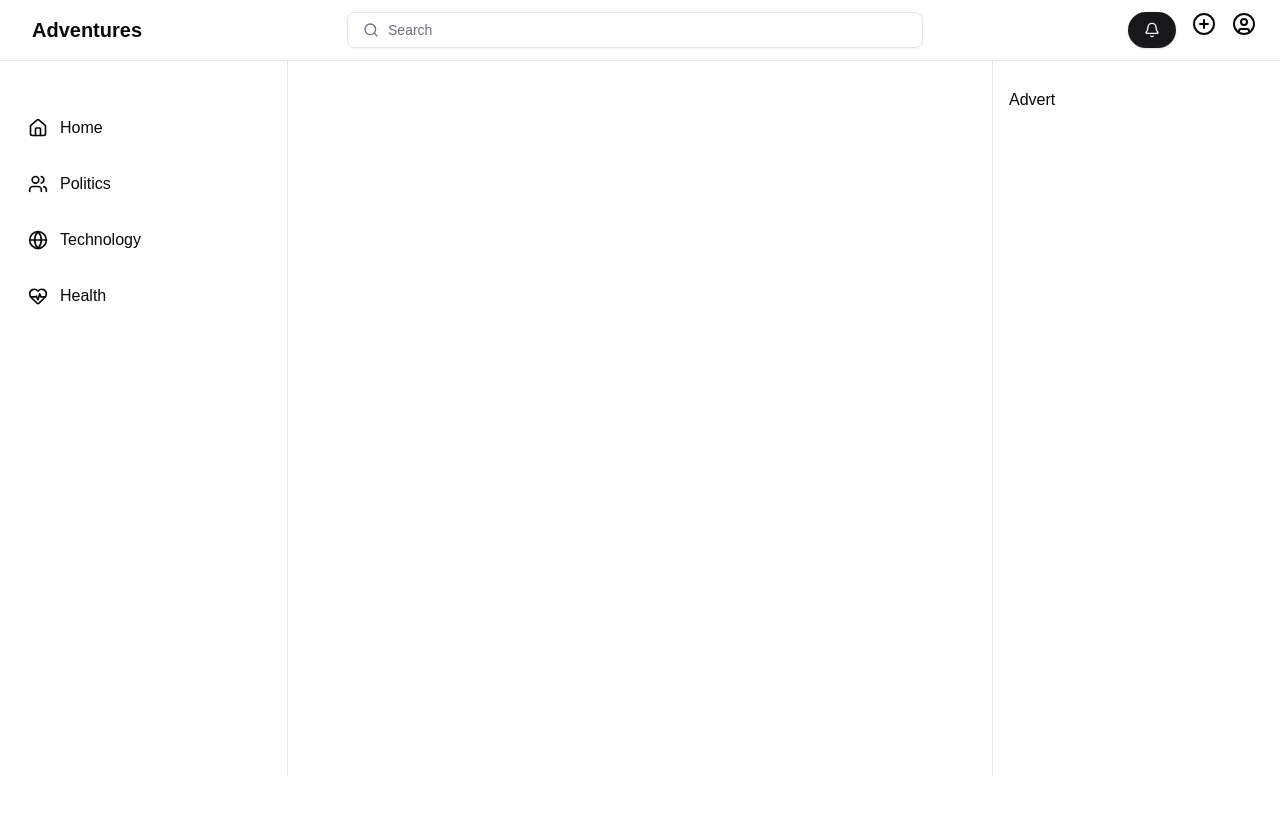
Repository: IssaMuiz/afrixpace-frontend
Page: /
The author's editor kept a copy of each file at every save. The page is drawn from the files as they stood at one save, then again after the next save.
The browser window is 1280 px wide. The pictures show the whole page.
The page's requests for data from a server got no answer. The project was rebuilt for these pictures with package versions that can differ from the ones it lists, and the page was loaded fresh each time. The framework's server and built-in components were replaced by stand-ins that run in the browser. No one was signed in, and anything a server would have sent is missing. Also part of the build but not shown: next.config.ts, components/ui/card.tsx, components/Vote.tsx, components/PostCard.tsx.

Above is the page before, as saved 2025-02-05 04:32:56.

### app/layout.tsx
import type { Metadata } from "next";
import { Geist, Geist_Mono } from "next/font/google";
import "./globals.css";
import Navbar from "@/components/Navbar";
import Sidebar from "@/components/Sidebar";
import AdvertBar from "@/components/Advertbar";

const geistSans = Geist({
  variable: "--font-geist-sans",
  subsets: ["latin"],
});

const geistMono = Geist_Mono({
  variable: "--font-geist-mono",
  subsets: ["latin"],
});

export const metadata: Metadata = {
  title: "Adventurer app",
  description: "Share your adventure experience here",
};

export default function RootLayout({
  children,
}: Readonly<{
  children: React.ReactNode;
}>) {
  return (
    <html lang="en">
      <body
        className={`${geistSans.variable} ${geistMono.variable} min-h-screen antialiased`}
      >
        <Navbar />
        <div className="grid grid-rows-1 lg:grid-rows-[1fr_250px] xl:grid-rows-[250px_1fr_300px] gap-6 h-screen p-4">
          <Sidebar />

          <main className=" lg:mr-[290px]  xl:mx-[300px]">{children}</main>
          <AdvertBar />
        </div>
      </body>
    </html>
  );
}

### app/page.tsx
import Feed from "@/components/Feed";

const HomePage = () => {
  return (
    <div className="h-screen ">
      <Feed />
    </div>
  );
};

export default HomePage;

### components/Navbar.tsx
"use client";
import { Button } from "./ui/button";
import { Input } from "./ui/input";
import { Search } from "lucide-react";
import { Menu } from "lucide-react";
import { BellIcon } from "lucide-react";
import { UserCircle } from "lucide-react";
import { PlusCircle } from "lucide-react";

const Navbar = () => {
  return (
    <nav className="border-b bg-white z-20 fixed left-0 right-0 top-0 border-gray-200 px-6 py-3 flex justify-between items-center">
      <div className="flex space-x-2 items-center">
        <Menu className="xl:hidden block" />
        <h1 className="lg:hidden block text-xl font-semibold">A</h1>
        <h1 className="text-xl font-semibold hidden lg:flex">Adventures</h1>
      </div>
      <div className="relative max-w-xl flex-1 mx-6">
        <Search className=" h-4 absolute left-3 top-1/2 transform -translate-y-1/2 text-gray-500" />
        <Input
          type="text"
          placeholder="Search"
          className="pl-10 w-full border rounded-lg"
        />
      </div>

      <div className=" flex space-x-4">
        <Button className="dark:hover:bg-gray-800 rounded-full cursor-pointer ">
          {" "}
          <BellIcon />
        </Button>

        <PlusCircle />
        <UserCircle />

        {/* <Button variant="outline" className="hover:bg-gray-100">
          Login
        </Button>
        <Button className="hover:bg-white hover:text-black ">Sign up</Button> */}
      </div>
    </nav>
  );
};

export default Navbar;

### components/Sidebar.tsx
"use client";

import Link from "next/link";
import { usePathname } from "next/navigation";
import { categories } from "@/constant";
import { cn } from "@/lib/utils";

const Sidebar = () => {
  const pathname = usePathname();
  return (
    <aside className="fixed hidden xl:block top-14 left-0 bottom-0 w-72 border-r border-gray-200 h-screen dark:bg-gray-900 px-4 pt-12">
      <ul className="space-y-2">
        {categories.map((cat) => (
          <li key={cat.name}>
            <Link
              href={`/${cat.path}`}
              className={cn(
                "flex items-center gap-3 p-3 rounded-md hover:bg-gray-200 dark:hover:bg-gray-800 transition",
                pathname === `/${cat.path}` &&
                  "bg-gray-300 dark:bg-gray-700 font-semibold"
              )}
            >
              <cat.icon className="w-5 h-5" />
              <span>{cat.name}</span>
            </Link>
          </li>
        ))}
      </ul>
    </aside>
  );
};

export default Sidebar;

### components/Advertbar.tsx
const AdvertBar = () => {
  return (
    <aside className="hidden lg:block fixed right-0 top-14 bottom-0 w-72 border-l border-gray-200 h-full bg-white pt-8 px-4">
      Advert
    </aside>
  );
};

export default AdvertBar;

### components/Feed.tsx
"use client";

import { useEffect, useState } from "react";
import PostCard from "./PostCard";

interface Post {
  id: string;
  title: string;
  content: string;
  votes: number;
  mediaUrl?: string;
  mediaType: "image" | "video";
}

const Feed = () => {
  const [posts, setPosts] = useState<Post[]>([]);

  useEffect(() => {
    async function fetchPost() {
      const res = await fetch("/api/posts");
      const data = await res.json();
      setPosts(data);
    }
    fetchPost();
  }, []);
  return (
    <section className="space-y-6 mt-20">
      {posts.map((post) => (
        <PostCard key={post.id} post={post} />
      ))}
    </section>
  );
};

export default Feed;

### components/ui/button.tsx
import * as React from "react"
import { Slot } from "@radix-ui/react-slot"
import { cva, type VariantProps } from "class-variance-authority"

import { cn } from "@/lib/utils"

const buttonVariants = cva(
  "inline-flex items-center justify-center gap-2 whitespace-nowrap rounded-md text-sm font-medium transition-colors focus-visible:outline-none focus-visible:ring-1 focus-visible:ring-ring disabled:pointer-events-none disabled:opacity-50 [&_svg]:pointer-events-none [&_svg]:size-4 [&_svg]:shrink-0",
  {
    variants: {
      variant: {
        default:
          "bg-primary text-primary-foreground shadow hover:bg-primary/90",
        destructive:
          "bg-destructive text-destructive-foreground shadow-sm hover:bg-destructive/90",
        outline:
          "border border-input bg-background shadow-sm hover:bg-accent hover:text-accent-foreground",
        secondary:
          "bg-secondary text-secondary-foreground shadow-sm hover:bg-secondary/80",
        ghost: "hover:bg-accent hover:text-accent-foreground",
        link: "text-primary underline-offset-4 hover:underline",
      },
      size: {
        default: "h-9 px-4 py-2",
        sm: "h-8 rounded-md px-3 text-xs",
        lg: "h-10 rounded-md px-8",
        icon: "h-9 w-9",
      },
    },
    defaultVariants: {
      variant: "default",
      size: "default",
    },
  }
)

export interface ButtonProps
  extends React.ButtonHTMLAttributes<HTMLButtonElement>,
    VariantProps<typeof buttonVariants> {
  asChild?: boolean
}

const Button = React.forwardRef<HTMLButtonElement, ButtonProps>(
  ({ className, variant, size, asChild = false, ...props }, ref) => {
    const Comp = asChild ? Slot : "button"
    return (
      <Comp
        className={cn(buttonVariants({ variant, size, className }))}
        ref={ref}
        {...props}
      />
    )
  }
)
Button.displayName = "Button"

export { Button, buttonVariants }

### components/ui/input.tsx
import * as React from "react"

import { cn } from "@/lib/utils"

const Input = React.forwardRef<HTMLInputElement, React.ComponentProps<"input">>(
  ({ className, type, ...props }, ref) => {
    return (
      <input
        type={type}
        className={cn(
          "flex h-9 w-full rounded-md border border-input bg-transparent px-3 py-1 text-base shadow-sm transition-colors file:border-0 file:bg-transparent file:text-sm file:font-medium file:text-foreground placeholder:text-muted-foreground focus-visible:outline-none focus-visible:ring-1 focus-visible:ring-ring disabled:cursor-not-allowed disabled:opacity-50 md:text-sm",
          className
        )}
        ref={ref}
        {...props}
      />
    )
  }
)
Input.displayName = "Input"

export { Input }

### constant.ts
import { Home, Users, Globe, HeartPulseIcon } from "lucide-react";

export const categories = [
  {
    name: "Home",
    icon: Home,
    path: "/",
  },
  {
    name: "Politics",
    icon: Users,
    path: "explore/politics",
  },
  {
    name: "Technology",
    icon: Globe,
    path: "explore/technology",
  },
  {
    name: "Health",
    icon: HeartPulseIcon,
    path: "explore/health",
  },
];

### lib/utils.ts
/* eslint-disable @typescript-eslint/no-explicit-any */
import { clsx } from "clsx";
import { twMerge } from "tailwind-merge";

export function cn(...inputs: any[]) {
  return twMerge(clsx(inputs));
}

### tailwind.config.ts
import type { Config } from "tailwindcss";
import tailwindAnimate from "tailwindcss-animate";

export default {
  darkMode: ["class"],
  content: [
    "./pages/**/*.{js,ts,jsx,tsx,mdx}",
    "./components/**/*.{js,ts,jsx,tsx,mdx}",
    "./app/**/*.{js,ts,jsx,tsx,mdx}",
  ],
  theme: {
    extend: {
      colors: {
        background: "hsl(var(--background))",
        foreground: "hsl(var(--foreground))",
        card: {
          DEFAULT: "hsl(var(--card))",
          foreground: "hsl(var(--card-foreground))",
        },
        popover: {
          DEFAULT: "hsl(var(--popover))",
          foreground: "hsl(var(--popover-foreground))",
        },
        primary: {
          DEFAULT: "hsl(var(--primary))",
          foreground: "hsl(var(--primary-foreground))",
        },
        secondary: {
          DEFAULT: "hsl(var(--secondary))",
          foreground: "hsl(var(--secondary-foreground))",
        },
        muted: {
          DEFAULT: "hsl(var(--muted))",
          foreground: "hsl(var(--muted-foreground))",
        },
        accent: {
          DEFAULT: "hsl(var(--accent))",
          foreground: "hsl(var(--accent-foreground))",
        },
        destructive: {
          DEFAULT: "hsl(var(--destructive))",
          foreground: "hsl(var(--destructive-foreground))",
        },
        border: "hsl(var(--border))",
        input: "hsl(var(--input))",
        ring: "hsl(var(--ring))",
        chart: {
          "1": "hsl(var(--chart-1))",
          "2": "hsl(var(--chart-2))",
          "3": "hsl(var(--chart-3))",
          "4": "hsl(var(--chart-4))",
          "5": "hsl(var(--chart-5))",
        },
      },
      borderRadius: {
        lg: "var(--radius)",
        md: "calc(var(--radius) - 2px)",
        sm: "calc(var(--radius) - 4px)",
      },
    },
  },

  plugins: [tailwindAnimate],
} satisfies Config;

Loaded but not shown: app/globals.css (common file)

After the next save:
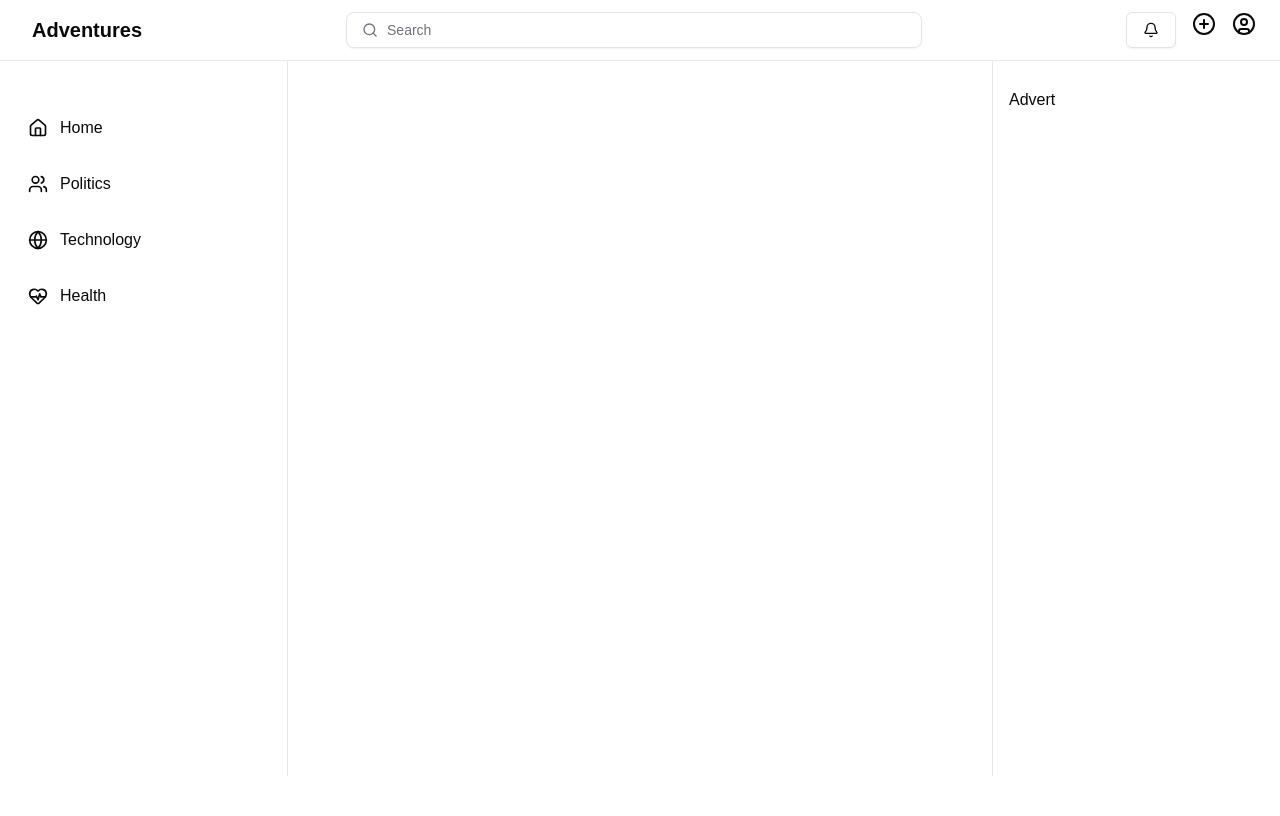
Saved 44 s later.
--- a/components/Navbar.tsx
+++ b/components/Navbar.tsx
@@ -25,7 +25,10 @@ const Navbar = () => {
       </div>
 
       <div className=" flex space-x-4">
-        <Button className="dark:hover:bg-gray-800 rounded-full cursor-pointer ">
+        <Button
+          className="dark:hover:bg-gray-800 cursor-pointer "
+          variant="outline"
+        >
           {" "}
           <BellIcon />
         </Button>
